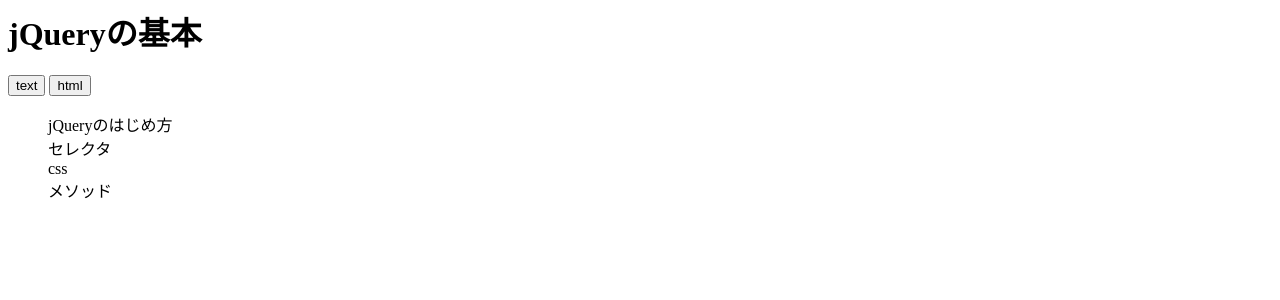
Repository: miyu-mnt/jQuery
Page: js02.html
The author's editor kept a record of every edit. The page is drawn from the files as they stood at one moment, then again after the next edit.
The browser window is 1280 px wide. The pictures show the whole page.

Above is the page before.

### js02.html
<html>
<head>
  <meta charset="UTF-8">
  <style>
    .title {
      text-decoration: underline;
    }
    .list {
      list-style: none;
    }
    h2 {
      display: none;
    }
  </style>
</head>

<body>
  <h1>jQueryの基本</h1>
  <h2>HTML/CSSとJavaScriptの基本的な構文について理解していること</h2>

  <input type='button' id="text" value="text" />
  <input type='button' id="html" value="html" />

  <ul id="index" class="list">
    <li>jQueryのはじめ方</li>
    <li>セレクタ</li>
    <li>css</li>
  </ul>

  <script src="https://code.jquery.com/jquery-3.3.1.min.js"></script>
  <script src="js02.js"></script>
</body>
</html>

### js02.js
(function($, window) {
  $(function() {
      //課題1
      $('h2').remove();

      //課題2
      $('#text').click(function() {
        $('#index').text();
      });

      $('#html').click(function() {
        $('#index').html();
      });

      //課題3
      $('#index').append('<li>メソッド</li>');

      //課題4
      $('ul').find('li').each(function() {
        var num=this.length;
        alert(num);
      });
  });
})(jQuery, window);

After the next edit:
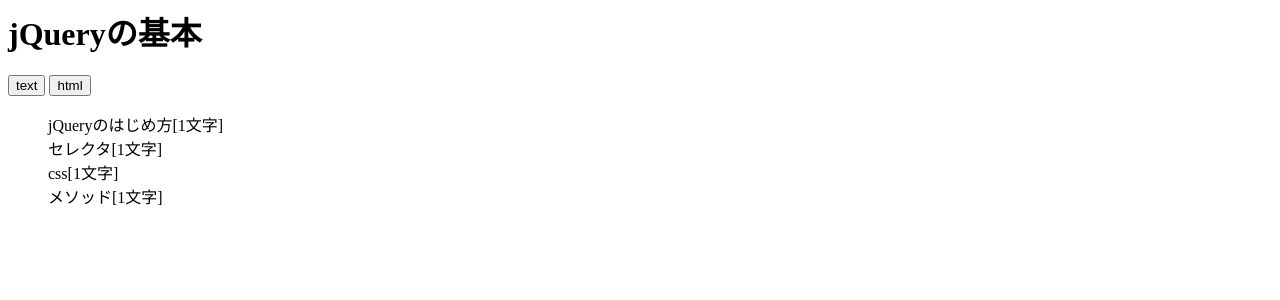
The edit:
--- a/js02.js
+++ b/js02.js
@@ -16,9 +16,14 @@
       $('#index').append('<li>メソッド</li>');
 
       //課題4
-      $('ul').find('li').each(function() {
-        var num=this.length;
-        alert(num);
+      $('#index').find('li').each(function() {
+        alert($(this).text().length);
+      });
+
+      //課題5
+      $('#index').find('li').each(function() {
+        var count='['+($(this).text.length)+'文字'+']';
+        $(this).append(count);
       });
   });
 })(jQuery, window);
